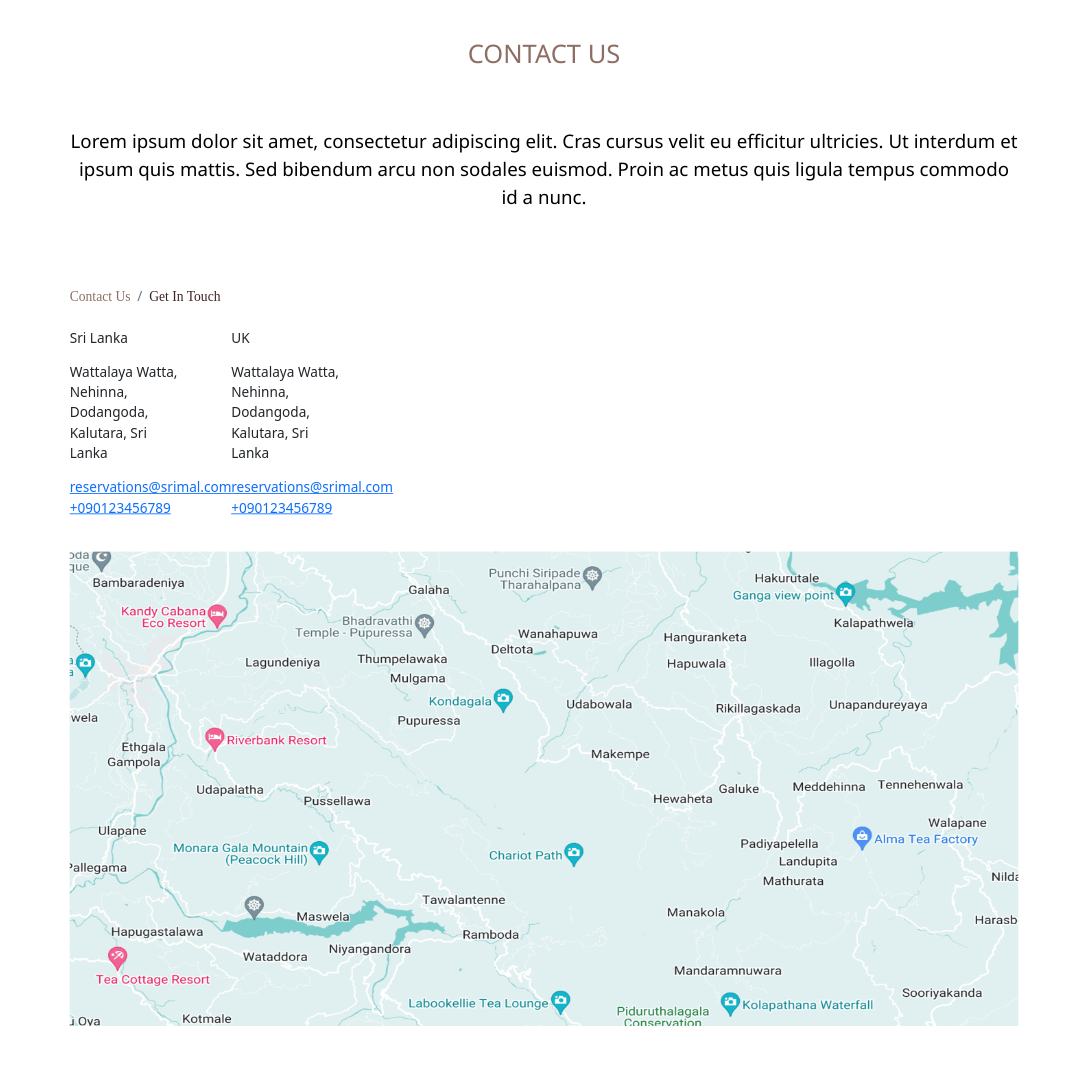
Repository: kaushalyaweerakoon/Plantation-Villa
Page: contact-us.html
An editor plug-in stored every save of this project. The page is shown before and after the next save, followed by the edit.
The browser window is 1280 px wide. The pictures show the whole page, at 85% of full size.
Some web fonts or font styles are not loaded; a fallback is used.

Above is the page before, as saved 2022-08-15 11:48:06.
Not found: assets/js/main.js

### contact-us.html
<!doctype html>
<html lang="en">

<head>
    <meta charset="utf-8">
    <meta name="viewport" content="width=device-width, initial-scale=1">

    <title>Plantation Villa| News Inner</title>

    <!-- Bootstrap css -->
    <link href="https://cdn.jsdelivr.net/npm/bootstrap@5.2.0-beta1/dist/css/bootstrap.min.css" rel="stylesheet"
        integrity="sha384-0evHe/X+R7YkIZDRvuzKMRqM+OrBnVFBL6DOitfPri4tjfHxaWutUpFmBp4vmVor" crossorigin="anonymous">

    <!-- fonts -->
    <link href="http://fonts.cdnfonts.com/css/segoe-ui-4" rel="stylesheet">
    <link rel="preconnect" href="https://fonts.googleapis.com">
    <link rel="preconnect" href="https://fonts.gstatic.com" crossorigin>

    <!-- swiperJS -->
    <link rel="stylesheet" href="https://unpkg.com/swiper@8/swiper-bundle.min.css" />

    <!-- custom css -->
    <link rel="stylesheet" href="asserts/css/main.css">

</head>


<!-- Section 2-->
<section class="container mt-md-4 mt-3 mb-5 pb-4">
    <p class="title pt-3">CONTACT US</p>

    <div class="text-center" id="">
        <p class="text">
            Lorem ipsum dolor sit amet, consectetur adipiscing elit. Cras cursus velit eu efficitur ultricies. Ut
            interdum et ipsum quis mattis. Sed bibendum arcu non sodales euismod. Proin ac metus quis ligula tempus
            commodo id a nunc.
        </p>
    </div>
</section>


<div class="container">
    <!-- Breadcrumb -->
    <nav aria-label="" class="mt-5 mb-4 ">
        <ol class="breadcrumb">
            <li class="breadcrumb-item"><a href="index.html" class="breadcrumb-text fs-13-px text-font-family">Contact
                    Us </a>
            <li class="breadcrumb-item"><a href="Integer Diam Gravida Fringilla.html" aria-current="page"
                    class="breadcrumb-text active fs-13-px text-font-family">Get In Touch</a>
            </li>
        </ol>
    </nav>

    <!--/ Breadcrumb -->

    <div class="row gy-3 gx-4">



        <div class="col-md-4 col-xl-2 pe-xl-5 order-1">

            <div class="col col-xl-12">
                <p class="">Sri Lanka</p>
                <p class="">Wattalaya Watta,
                    Nehinna, Dodangoda,
                    Kalutara, Sri Lanka</p>
                <ul class="list-unstyled">
                    <li><a class="" href="reservations@srimal.com">reservations@srimal.com</a>
                    </li>
                    <li><a class="" href="tel:++090123456789">+090123456789</a></li>
                </ul>
            </div>

        </div>


        <div class="col-md-4 col-xl-2 pe-xl-5 order-1">

            <div class="col col-xl-12">
                <p class="">UK</p>
                <p class="">Wattalaya Watta,
                    Nehinna, Dodangoda,
                    Kalutara, Sri Lanka</p>
                <ul class="list-unstyled">
                    <li><a class="" href="reservations@srimal.com">reservations@srimal.com</a>
                    </li>
                    <li><a class="" href="tel:++090123456789">+090123456789</a></li>
                </ul>
            </div>

        </div>
    </div>
</div>




<!-- section-->
<section class="container mt-md-4 mt-3 mb-5 pb-4">

    <div class="ratio" style="--bs-aspect-ratio: 50%;">
        <img class="" src="asserts/images/snazzy-image@2x.png" alt="">
    </div>

    <div class="m-auto" style="max-width:723px;">
    </div>
</section>




<!-- bootstrap -->
<script src="https://cdn.jsdelivr.net/npm/bootstrap@5.2.0-beta1/dist/js/bootstrap.bundle.min.js"
    integrity="sha384-pprn3073KE6tl6bjs2QrFaJGz5/SUsLqktiwsUTF55Jfv3qYSDhgCecCxMW52nD2"
    crossorigin="anonymous"></script>

<!-- swiperJS -->
<script src="https://unpkg.com/swiper@8/swiper-bundle.min.js"></script>

<!-- custom script -->
<script src="assets/js/main.js"></script>


</body>

</html>

### asserts/css/main.css
/* Call the root */
:root {
  --Lora-font: 'Lora';
  --Segoe-font: 'Segoe UI';

  --font-size-14px: 18px;
  --font-size-20px: 20px;
  --font-size-22px: 22px;
  --font-size-25px: 25px;
  --font-size-30px: 30px;
  --font-size-35px: 35px;
  --font-size-40px: 40px;

  --font-color-8d6e63: #8d6e63;
  --font-color-3e2222: #3e2222;
  --bggreen: #7d824a;
  --co-white: #ffffff;
}

/* Create clases for fronts */
.Lora-ff {
  font-family: var(--Lora-font);
}

.Segoe-ff {
  font-family: var(--Segoe-font);
}

/* Create clases for front sizes*/
.fs-18-px {
  font-size: var(--font-size-18px)
}

.fs-20-px {
  font-size: var(--font-size-20px)
}

.fs-22-px {
  font-size: var(--font-size-22px)
}

.fs-25-px {
  font-size: var(--font-size-22px)
}

.fs-30-px {
  font-size: var(--font-size-30px)
}

.fs-35-px {
  font-size: var(--font-size-35px)
}

.fs-40-px {
  font-size: var(--font-size-40px)
}

/* Color */
.txt-purple {
  color: var(--font-color-8d6e63)
}

.txt-red {
  color: var(--font-color-3e2222)
}

/* news inner */

/* Breadcrumb */
.breadcrumb-text {
  font-family: var(--Lora-font);
  text-decoration: none;
  color: var(--font-color-8d6e63);
  font-weight: normal;
}

.breadcrumb-text.active {
  color: var(--font-color-3e2222);
  text-decoration: none;
  font-weight: normal;
}

.breadcrumb-text:hover {
  font-family: var(--Lora-font);
  font-size: var(--font-size-35px);
  color: var(--font-color-8d6e63);
  text-decoration: none;
}

/* -- */

.newsinner-date {
  color: var(--font-color-8d6e63);
  font-family: var(--Segoe-font);
  font-size: var(--font-size-20px);
}

.newsinner-head {
  color: var(--font-color-3e2222);
  font-family: var(--Lora-font);
  font-size: 45px;
  font-weight: normal;
}

.newsinner-text{
  font-size: var(--font-size-22px);
  font-family: var(--Segoe-font);
}

/* Heading */

.title {
  font-size: var(--font-size-30px);
  font-family: var(--Segoe-font);
  color: var(--font-color-8d6e63);
  text-align: center;
  margin-bottom: clamp(40px, 5vw, 71px);
}
.text{
  font-size: var(--font-size-22px);
  font-family: var(--Segoe-font);
  color: #000;
}

After the next save:
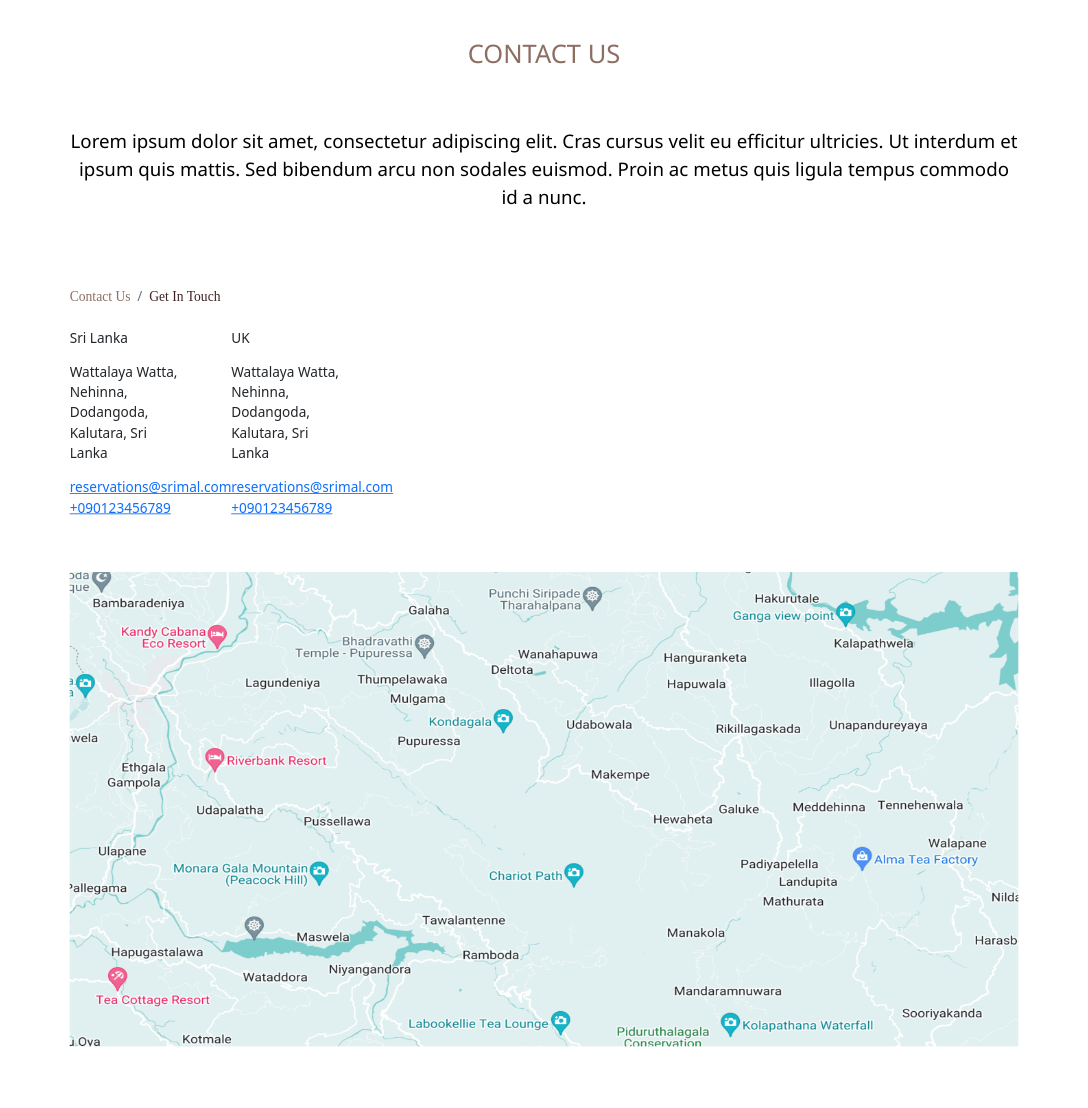
Saved 69 s later.
--- a/contact-us.html
+++ b/contact-us.html
@@ -39,7 +39,7 @@
 </section>
 
 
-<div class="container">
+<div class="container pb-4">
     <!-- Breadcrumb -->
     <nav aria-label="" class="mt-5 mb-4 ">
         <ol class="breadcrumb">
